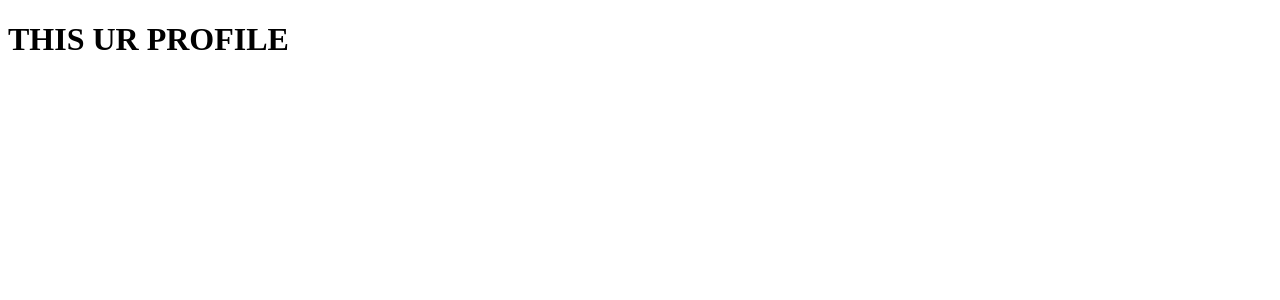
Repository: heenasalim/Java_Script
Page: Simplehtmldemo/WebContent/Profile.html
An editor plug-in stored every save of this project. The page is shown before and after the next save, followed by the edit.
The browser window is 1280 px wide. The pictures show the whole page.

Above is the page before, as saved 2015-10-12 06:52:52.

### Simplehtmldemo/WebContent/Profile.html
<!DOCTYPE html PUBLIC "-//W3C//DTD HTML 4.01 Transitional//EN" "http://www.w3.org/TR/html4/loose.dtd">
<html>
<head>
<meta http-equiv="Content-Type" content="text/html; charset=ISO-8859-1">
<title>Insert title here</title>
</head>
<body>
<h1>THIS  UR  PROFILE </h1>
</body>
</html>

After the next save:
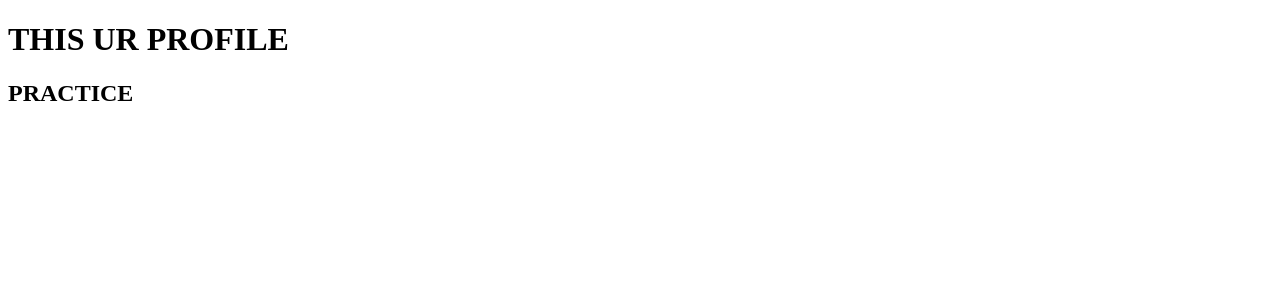
Saved 24 min 35 s later.
--- a/Simplehtmldemo/WebContent/Profile.html
+++ b/Simplehtmldemo/WebContent/Profile.html
@@ -6,5 +6,7 @@
 </head>
 <body>
 <h1>THIS  UR  PROFILE </h1>
+<h2>PRACTICE
+</h2>
 </body>
 </html>
